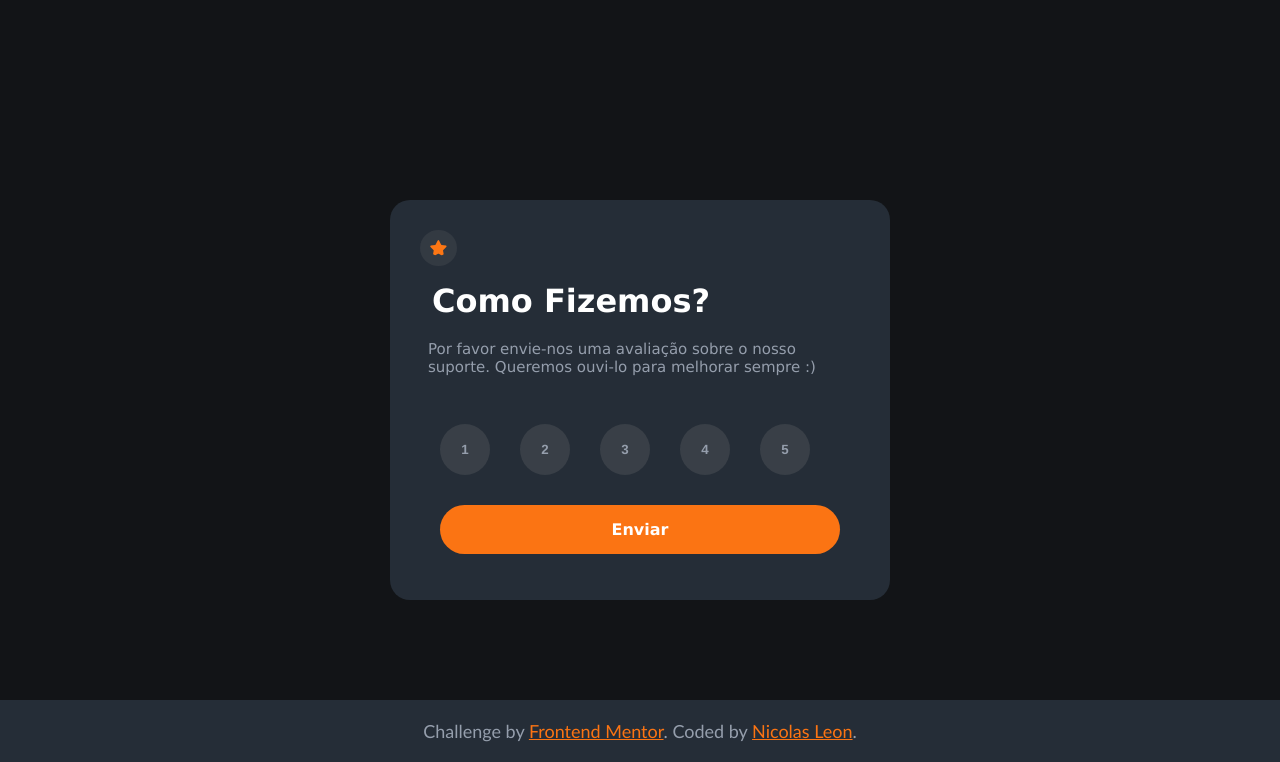
Repository: Leonngc/projeto-avaliacao
Page: index.html
These files come from the project's save history. The page is drawn as it stood at one moment and after the next save; the edit follows.
The browser window is 1280 px wide. The pictures show the whole page.
After loading, the first visible `button.rate-btn` was clicked once.

Above is the page before, as saved 2023-01-30 01:48:52.

After the next save:
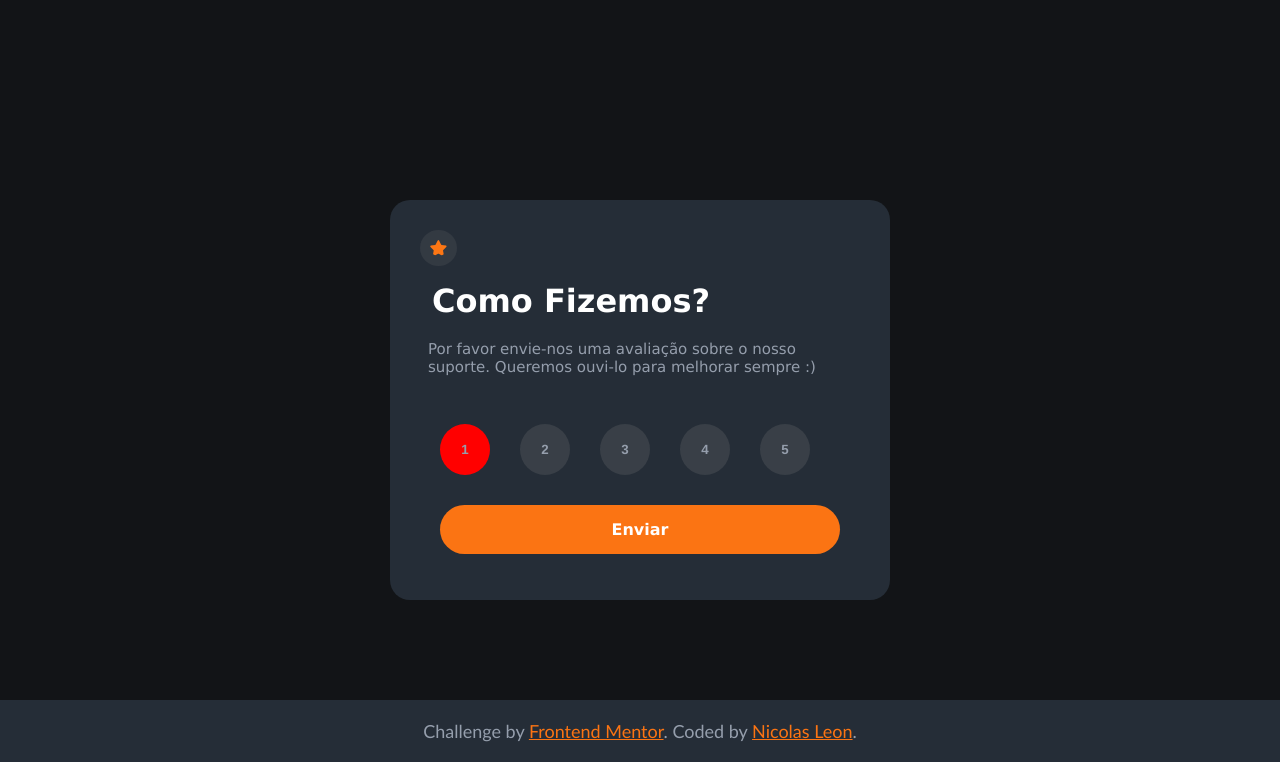
Saved 5 s later.
--- a/js/index.js
+++ b/js/index.js
@@ -8,6 +8,6 @@
 
 rateBtn.forEach((rate) =>{
     rate.addEventListener("click", () =>{
-        rate.style.background
+        rate.style.background = "red"
     })
 });

After the 2 saves that followed:
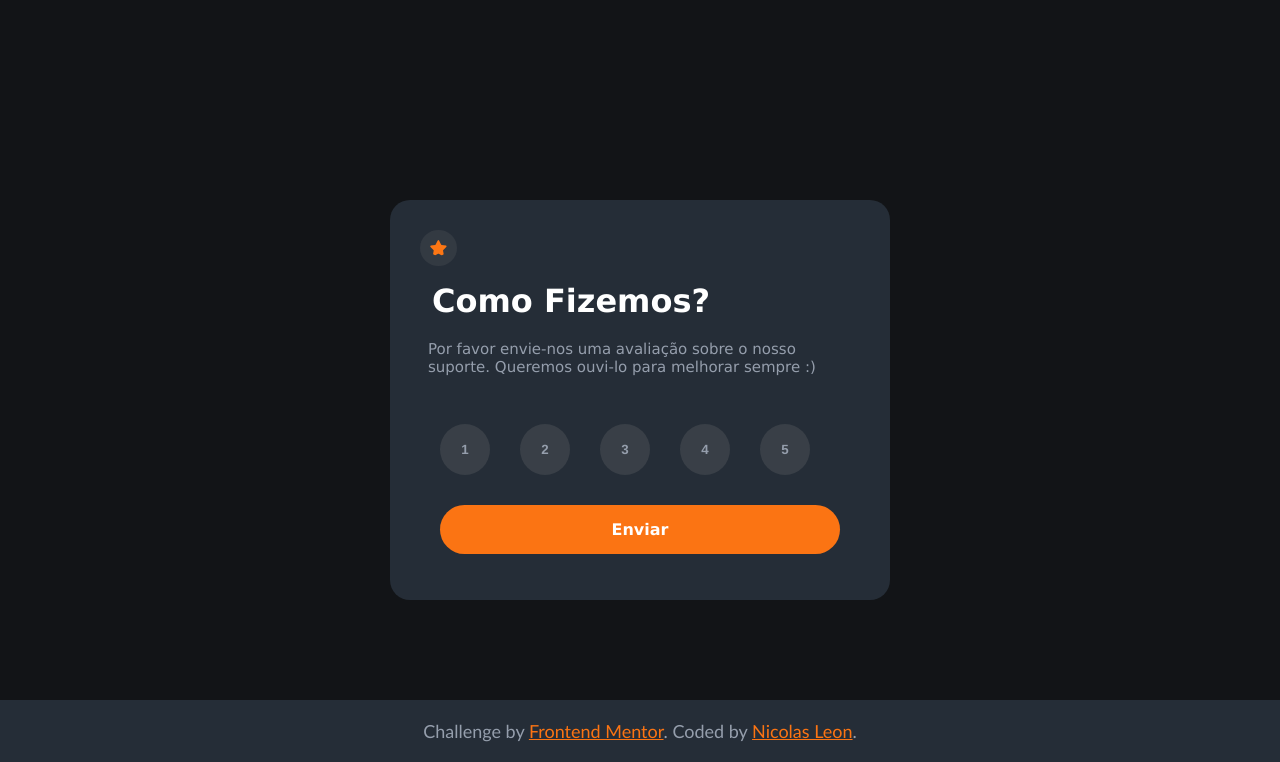
The 2 saves are shown as one change because they came seconds apart.
The last was saved 18 s later.
--- a/js/index.js
+++ b/js/index.js
@@ -8,6 +8,6 @@
 
 rateBtn.forEach((rate) =>{
     rate.addEventListener("click", () =>{
-        rate.style.background = "red"
+        rate.style.background = ""
     })
 });
